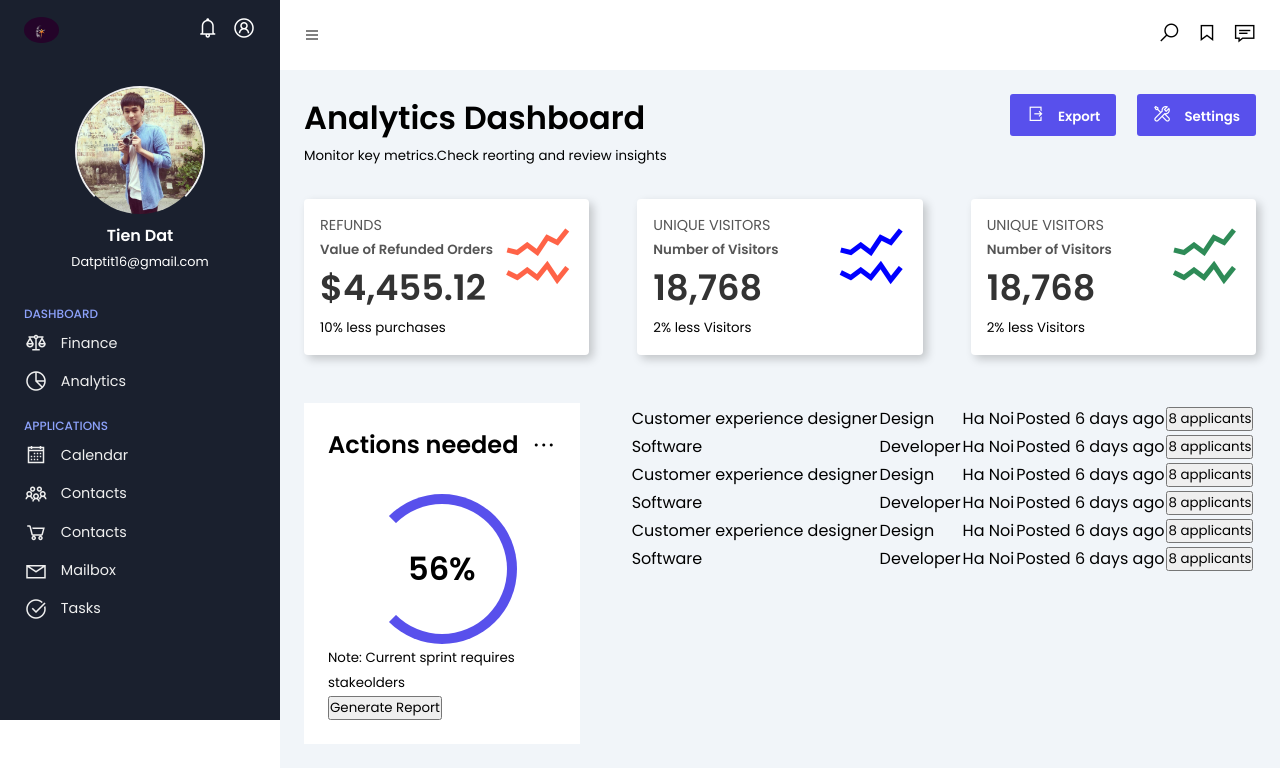
Repository: Datt21/dashboard-fe-project
Page: index.html
The author's editor kept a copy of each file at every save. The page is drawn from the files as they stood at one save, then again after the next save.
The browser window is 1280 px wide. The pictures show the whole page.

Above is the page before, as saved 2021-06-08 19:36:56.

After the next save:
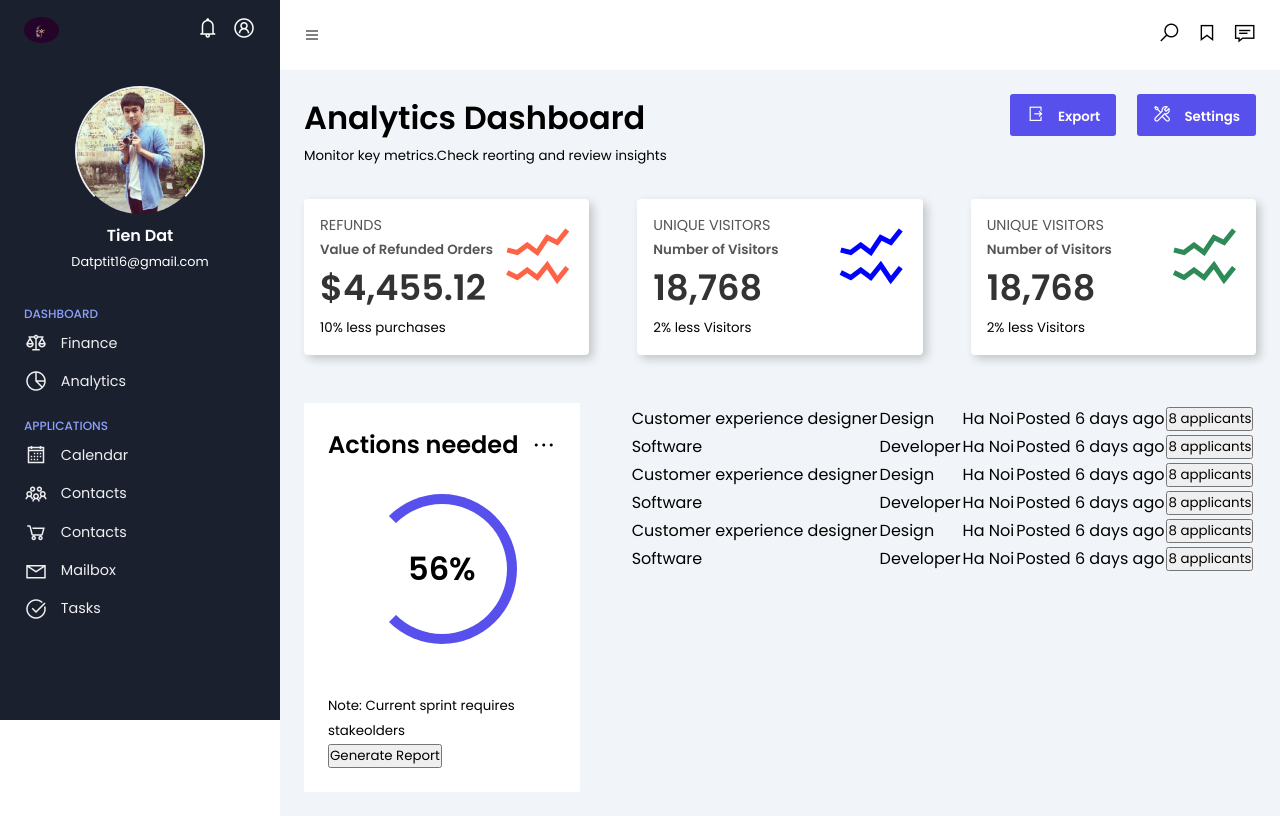
Saved 31 s later.
--- a/assets/css/style.css
+++ b/assets/css/style.css
@@ -250,4 +250,5 @@ main {
     place-items: center;
     margin: auto;
     border-radius: 50%;
-}
+    margin-bottom: 3rem;
+}
